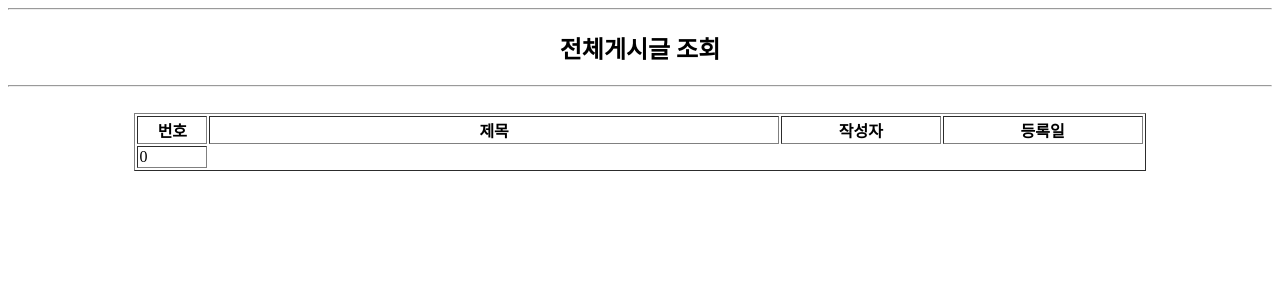
Repository: sunnny10/web-workspace
Page: http://localhost/Mission-Web/jsp/board/list.jsp
The author's editor kept a copy of each file at every save. The page is drawn from the files as they stood at one save, then again after a run of saves.
The browser window is 1280 px wide. The pictures show the whole page.
The page is served by Tomcat 9. Queries for data that is not in the repository find no rows.

Above is the page before, as saved 2022-06-02 07:43:37.

After the next 2 saves:
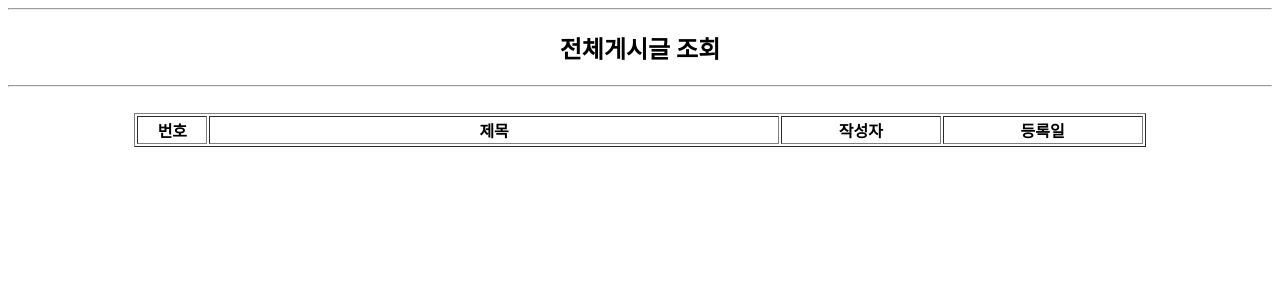
The 2 saves are shown as one change because 1 did not build or start.
The last was saved 44 s later.
--- a/Mission-Web/src/main/webapp/jsp/board/list.jsp
+++ b/Mission-Web/src/main/webapp/jsp/board/list.jsp
@@ -42,9 +42,16 @@
 				<th width="16%">작성자</th>
 				<th width="20%">등록일</th>
 			</tr>
+			<%
+				while(rs.next()) {
+
+			%>
 			<tr>
-				<td>0</td>
+
 			</tr>
+			<%
+				}
+			%>
 		</table>
 	</div>
 </body>
